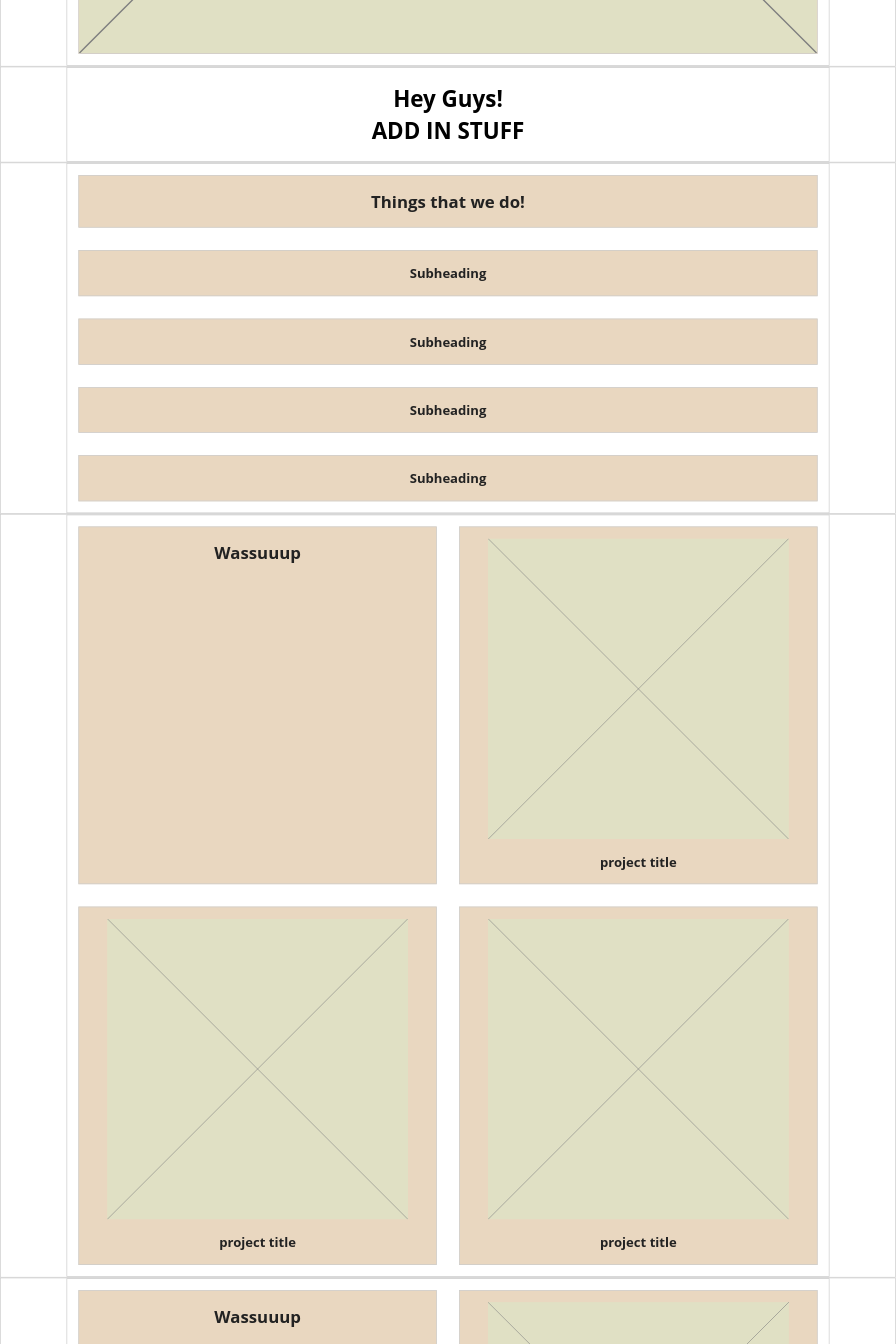
Repository: eilidhma/metrolics
Page: index.html
The author's editor kept a copy of each file at every save. The page is drawn from the files as they stood at one save, then again after a run of saves.
The browser window is 1280 px wide. The pictures show the part of the page from y = 1023 to 2943 px (the page is 9883 px tall before and 9801 px after), at 70% of full size.

Above is the page before, as saved 2021-02-02 17:28:50.

After the next 2 saves:
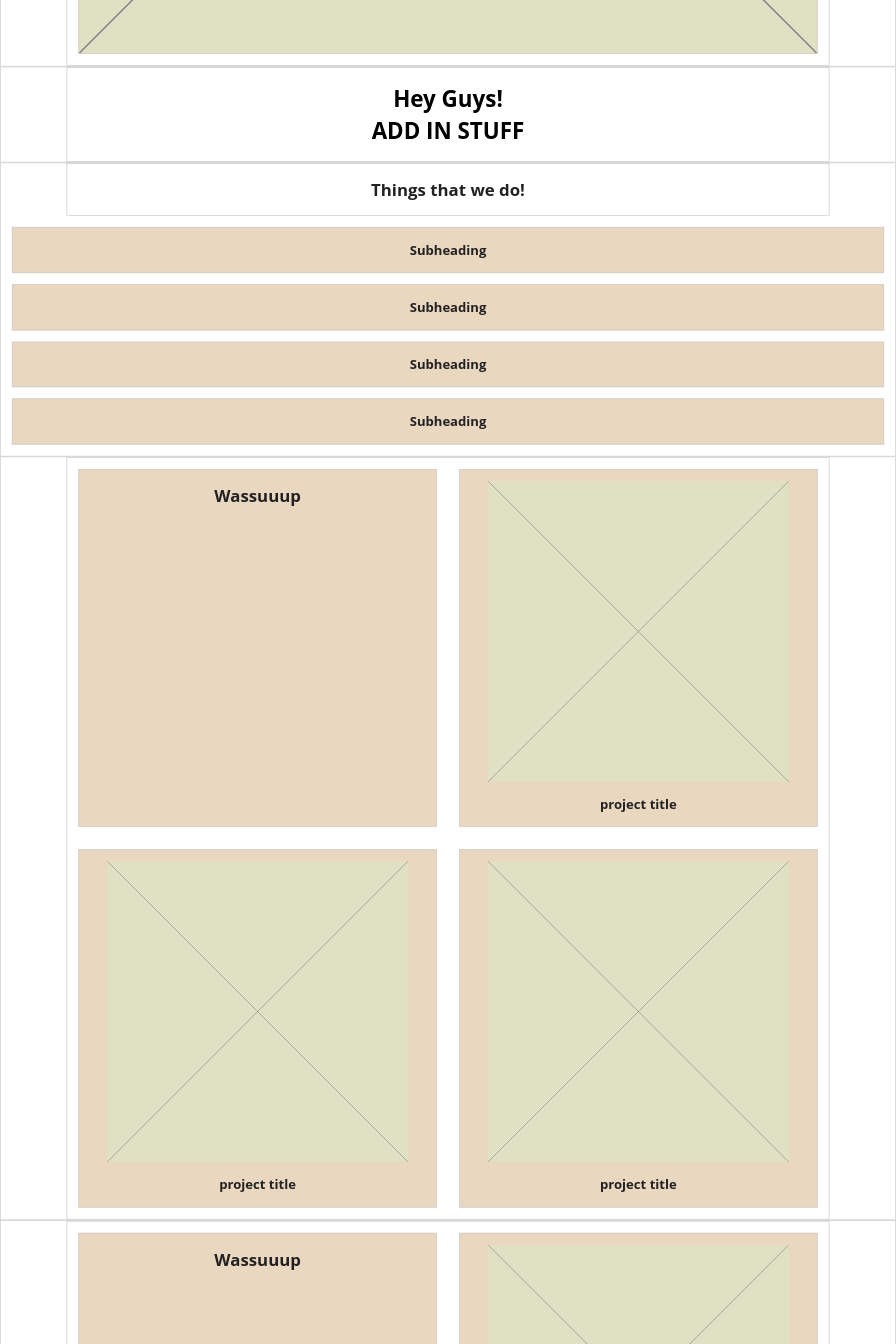
The 2 saves are shown as one change because they came seconds apart.
The last was saved 6 s later.
--- a/index.html
+++ b/index.html
@@ -353,7 +353,7 @@
   </div>
 
   <section class="about">
-    <div class="row m-co">
+    <div class="row l-col-4
       <div class="column">
         <h2 class="heading">
           Things that we do!

After the 3 saves that followed:
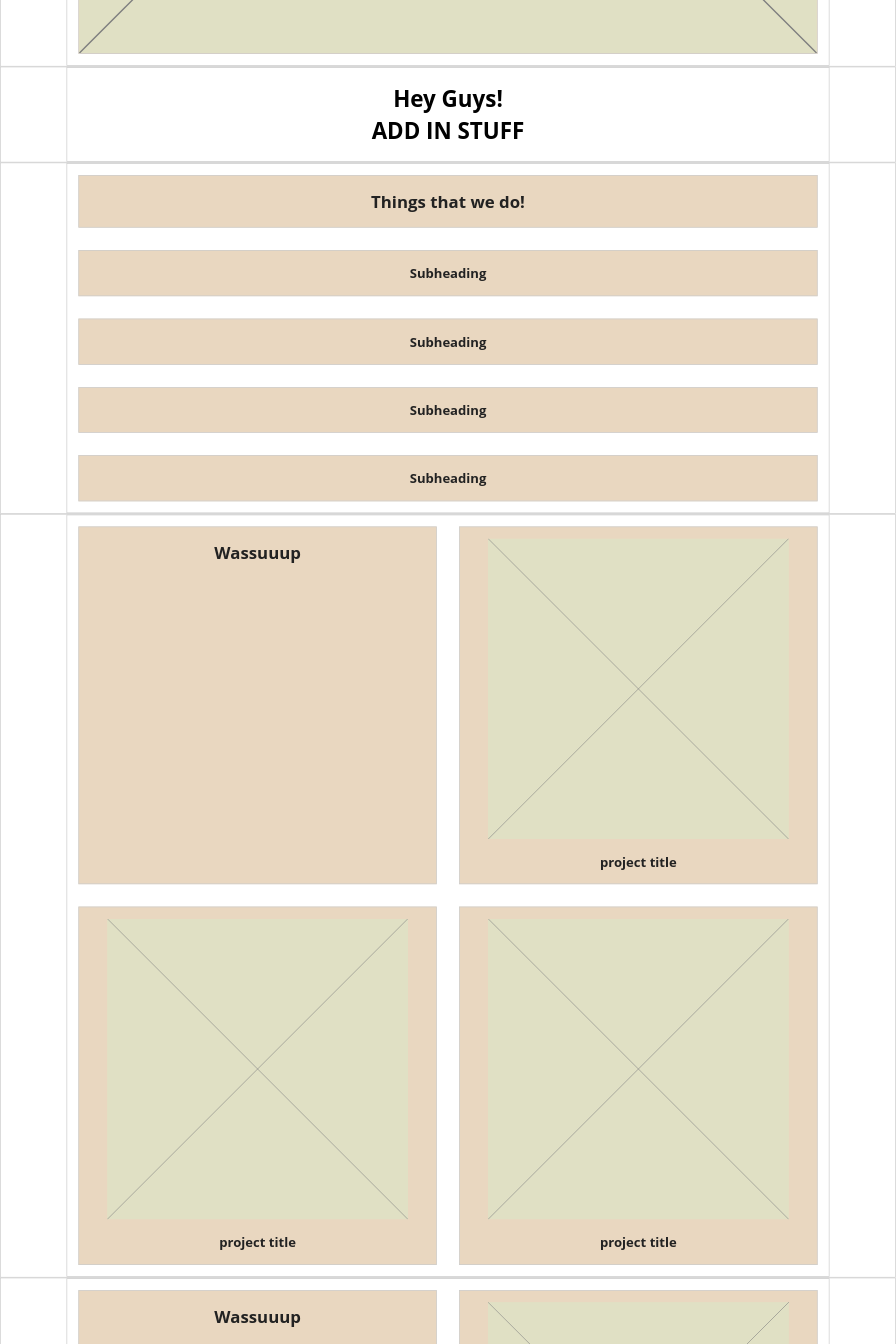
The 3 saves are shown as one change because they came seconds apart.
The last was saved 10 s later.
--- a/index.html
+++ b/index.html
@@ -353,7 +353,7 @@
   </div>
 
   <section class="about">
-    <div class="row l-col-4
+    <div class="row l-col-4">
       <div class="column">
         <h2 class="heading">
           Things that we do!
